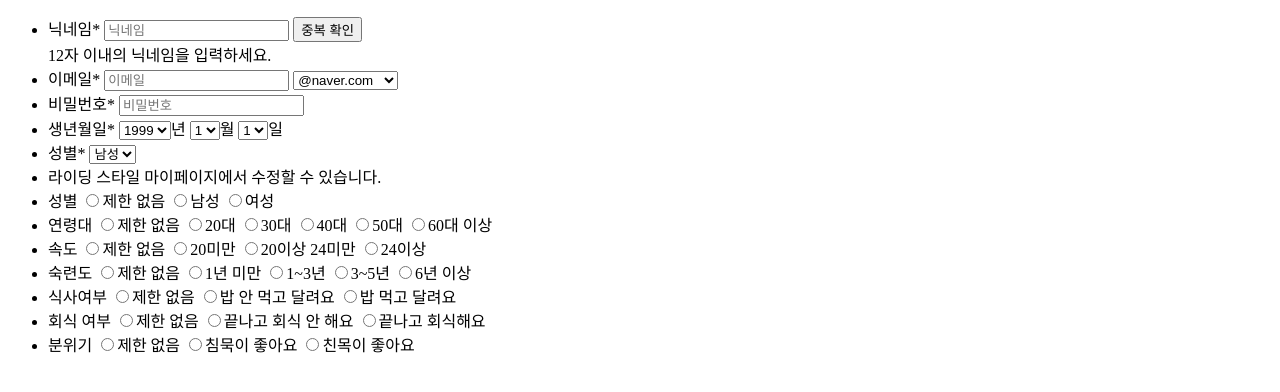
Repository: onpul/TEAM1
Page: http://localhost/Riding/mj/JoinForm.jsp
These files come from the project's save history. The page is drawn as it stood at one moment and after the next save; the edit follows.
The browser window is 1280 px wide. The pictures show the whole page.
The page is served by Tomcat 9. Other server files are loaded and not shown.

Above is the page before, as saved 2022-06-04 09:51:59.

### Riding/WebContent/mj/JoinForm.jsp
<%@page import="org.apache.jasper.tagplugins.jstl.core.ForEach"%>
<%@ page contentType="text/html; charset=UTF-8"%>
<%
	request.setCharacterEncoding("UTF-8");
	String cp = request.getContextPath();
%>
<!DOCTYPE html>
<html>
<head>
<meta charset="UTF-8">
<title>JoinForm.jsp</title>
</head>
<body>

<div>
	<form action="">
		<ul>
			<li>닉네임* <input type="text" placeholder="닉네임"/> <button type="button">중복 확인</button></li>
			<span>12자 이내의 닉네임을 입력하세요.</span>
			<li>이메일* <input type="text" placeholder="이메일"/></input>
						<select name="" id="">
							<option value="네이버">@naver.com</option>
							<option value="구글">@google.com</option>
							<option value="네이트">@nate.com</option>
						</select>
			</li>
			<li>비밀번호* <input type="password" placeholder="비밀번호"/></li>
			<li>생년월일*
				<select name="birthyear" id="birthyear">
					<option value="year">1999</option>
					<option value="year">2000</option>
					<option value="year">2001</option>
				</select>년
				<select name="birthmonth" id="birthmonth">
					<option value="month">1</option>
					<option value="month">2</option>
					<option value="month">3</option>
				</select>월
				<select name="birthday" id="birthday">
					<option value="day">1</option>
					<option value="day">2</option>
					<option value="day">3</option>
				</select>일
			</li>
			<li>성별*
				<select name="gender" id="gender">
					<option value="male">남성</option>
					<option value="female">여성</option>
				</select>
			</li>
			<li>라이딩 스타일 <span>마이페이지에서 수정할 수 있습니다.</span></li>
			<li>성별
				<input type="radio" name="gender" value="nolimit"/>제한 없음
				<input type="radio" name="gender" value="male"/>남성
				<input type="radio" name="gender" value="female"/>여성
			</li>
			<li>연령대
				<input type="radio" name="age" value="nolimit"/>제한 없음
				<input type="radio" name="age" value="20"/>20대
				<input type="radio" name="age" value="30"/>30대
				<input type="radio" name="age" value="40"/>40대
				<input type="radio" name="age" value="50"/>50대
				<input type="radio" name="age" value="60"/>60대 이상
			</li>
			<li>속도
				<input type="radio" name="speed" value="nolimit"/>제한 없음
				<input type="radio" name="speed" value="20미만"/>20미만
				<input type="radio" name="speed" value="20이상 24미만"/>20이상 24미만
				<input type="radio" name="speed" value="24이상"/>24이상
			</li>
			<li>숙련도
				<input type="radio" name="step" value="nolimit"/>제한 없음
				<input type="radio" name="step" value="1년 미만" />1년 미만
				<input type="radio" name="step" value="1~3년" />1~3년
				<input type="radio" name="step" value="3~5년" />3~5년
				<input type="radio" name="step" value="6년 이상" />6년 이상
			</li>
			<li>식사여부
				<input type="radio" name="eat" value="nolimit"/>제한 없음
				<input type="radio" name="eat" value="밥 안 먹고 달려요"/>밥 안 먹고 달려요
				<input type="radio" name="eat" value="밥 먹고 달려요"/>밥 먹고 달려요
			</li>
			<li>회식 여부
				<input type="radio" name="dinning" value="nolimit"/>제한 없음
				<input type="radio" name="dinning" value="끝나고 회식 안 해요"/>끝나고 회식 안 해요
				<input type="radio" name="dinning" value="끝나고 회식해요"/>끝나고 회식해요
			</li>
			<li>분위기
				<input type="radio" name="mood" value="nolimt"/>제한 없음
				<input type="radio" name="mood" value="침묵이 좋아요"/>침묵이 좋아요
				<input type="radio" name="mood" value="친목이 좋아요"/>친목이 좋아요
			</li>
		</ul>
	</form>
</div>

</body>
</html>

After the next save:
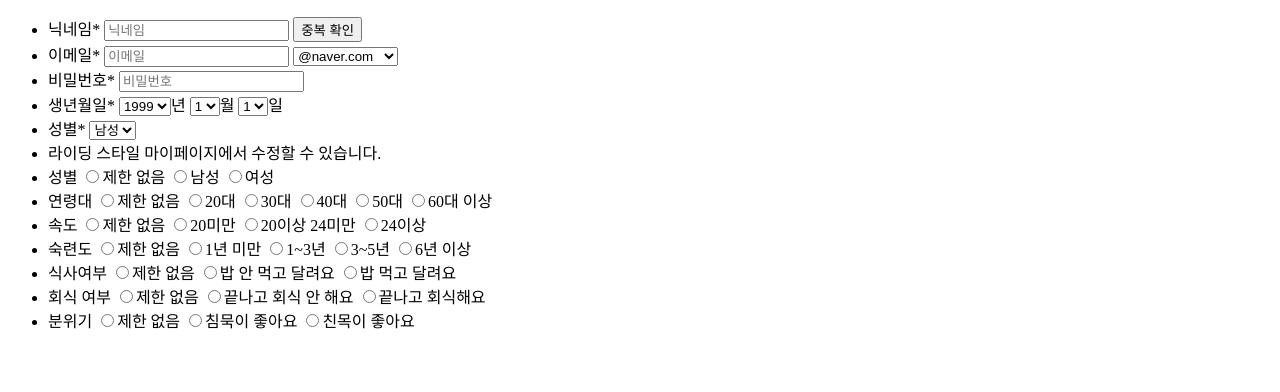
Saved 4 s later.
--- a/Riding/WebContent/mj/JoinForm.jsp
+++ b/Riding/WebContent/mj/JoinForm.jsp
@@ -16,7 +16,6 @@
 	<form action="">
 		<ul>
 			<li>닉네임* <input type="text" placeholder="닉네임"/> <button type="button">중복 확인</button></li>
-			<span>12자 이내의 닉네임을 입력하세요.</span>
 			<li>이메일* <input type="text" placeholder="이메일"/></input>
 						<select name="" id="">
 							<option value="네이버">@naver.com</option>
